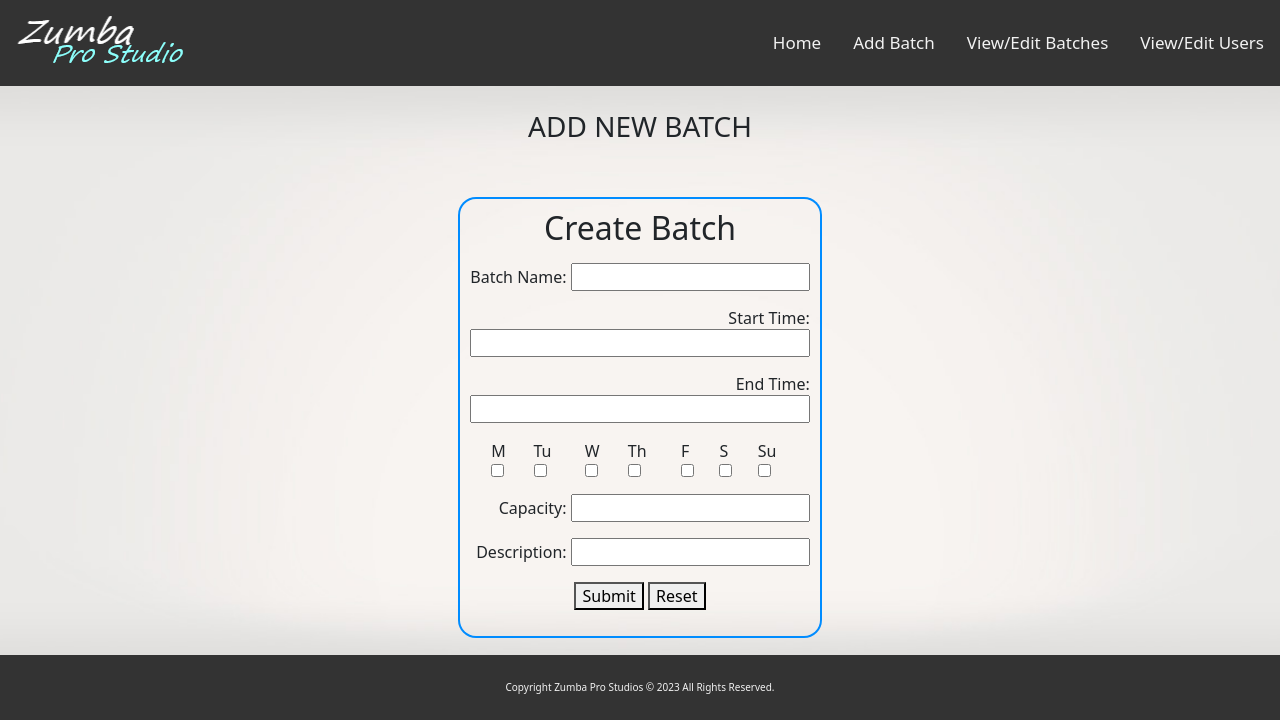
Repository: basemsamuel/Zumba
Page: http://localhost/ZumbaProStudio/addbatch.jsp
An editor plug-in stored every save of this project. The page is shown before and after the next save, followed by the edit.
The browser window is 1280 px wide. The pictures show the whole page.
The page is served by Tomcat 10. Other server files are loaded and not shown.

Above is the page before, as saved 2023-07-30 23:31:34.

### ZumbaProStudio/src/main/webapp/addbatch.jsp
<jsp:include page="adminheader.jsp"></jsp:include>
<div class="mycontainer">
	<div align="center">
	<br>
	<h3>ADD NEW BATCH</h3>
	<br>
	<br>

	<div>
		<table class="formtable">
			<tr>
				<td style="padding: 10px;">
					<div class='center'>
						<form style="width: 100%;" action="Admin" method = "POST">
						    <h2>Create Batch</h2>
						    <input type="hidden" name="htmlFormName" value="AddBatch" />
						    <div>
						        <p>
							        <div class='right'>
							            <label for="name">Batch Name:</label>
							            <input type="text" id="name" name="name">
							        </div>
						        </p>
						    </div>

						    <div>
						        <p>
							        <div class='right'>
							            <label for="stime">Start Time:</label>
							            <input class="input-group dat" id="stime" name="stime">
							        </div>
						        </p>
						    </div>


						    <div>
						        <p>
							        <div class='right'>
							            <label for="etime">End Time:</label>
							            <input class="input-group dat" id="etime" name="etime">
							        </div>
						        </p>
						    </div>

						    <div>
						        <p>
							        <div style="padding-left:20px;">
							        	<Table width="100%">
							        		<tr>
							        			<td>M</td>
							        			<td>Tu</td>
							        			<td>W</td>
							        			<td>Th</td>
							        			<td>F</td>
							        			<td>S</td>
							        			<td>Su</td>
							        		</tr>
							        		<tr>
							        			<td>
										            <input type="checkbox" id="M" name="M" value="M">
							        			</td>
							        			<td>
										            <input type="checkbox" id="Tu" name="Tt" value="Tu">
							        			</td>
							        			<td>
										            <input type="checkbox" id="W" name="W" value="W">
							        			</td>
							        			<td>
										            <input type="checkbox" id="Th" name="Th" value="Th">
							        			</td>
							        			<td>
										            <input type="checkbox" id="F" name="F" value="F">
							        			</td>
							        			<td>
										            <input type="checkbox" id="S" name="S" value="S">
							        			</td>
							        			<td>
										            <input type="checkbox" id="Su" name="Su" value="Su">
							        			</td>
							        		</tr>
							        	</Table>

							        </div>
						        </p>
						    </div>

						    <div>
						        <p>
							        <div class='right'>
							            <label for="capacity">Capacity:</label>
							            <input type="number" id="capacity" name="capacity">
							        </div>
						        </p>
						    </div>

						    <div>
						        <p>
							        <div class='right'>
							            <label for="description">Description:</label>
							            <input type="text" id="description" name="description">
							        </div>
						        </p>
						    </div>
						    <div>
 						        <p>
						            <button type="submit" value="Submit">Submit</button>
						            <button type="reset" value="Reset">Reset</button>
						        </p>
						    </div>
						</form>
					</div>
				</td>
			</tr>
		</table>
		<br>
		<div class="emsg">
			<p>
				${batcherrorMessage}
			</p>
		</div>
	</div>
</div>
<jsp:include page="footer.jsp"></jsp:include>

### ZumbaProStudio/src/main/webapp/adminheader.jsp
<html lang="en">

<head>
    <meta charset="UTF-8">
    <meta http-equiv="X-UA-Compatible" content="IE=edge">
    <meta name="viewport" content="width=device-width, initial-scale=1.0">
    <title>Document</title>
    <link href="https://cdn.jsdelivr.net/npm/bootstrap@5.1.3/dist/css/bootstrap.min.css" rel="stylesheet" integrity="sha384-1BmE4kWBq78iYhFldvKuhfTAU6auU8tT94WrHftjDbrCEXSU1oBoqyl2QvZ6jIW3" crossorigin="anonymous">
    <link rel="stylesheet" type="text/css" href="css/styles.css" />
</head>

<body>
	 <div class="topnav">
		<img src="images/logo.png" alt="Zumba Pro Studio">
		<!-- <a class="active" href="#home">Home</a> -->
		<a href="adminusers.jsp">View/Edit Users</a>
		<a href="admin.jsp">View/Edit Batches</a>
		<a href="addbatch.jsp">Add Batch</a>
		<a href="index.jsp">Home</a>
	</div>

### ZumbaProStudio/src/main/webapp/footer.jsp
<footer>
	Copyright Zumba Pro Studios © 2023 All Rights Reserved.
</footer>
</body>
</html>

### ZumbaProStudio/src/main/webapp/css/styles.css
		.topnav {
			 background-color: #333;
			 overflow: hidden;
				}

		/* Style the links inside the navigation bar */
		.topnav a {
			 float: right;
			 color: #f2f2f2;
			 text-align: center;
			 padding: 30px 16px;
			 text-decoration: none;
			 font-size: 17px;
		}

		.topnav img {
			 float: left;
			 color: #f2f2f2;
			 text-align: center;
			 padding: 14px 16px;
			 text-decoration: none;
			 font-size: 17px;
			 height: 80px;
		}

		/* Change the color of links on hover */
		.topnav a:hover {
			 background-color: #ddd;
			 color: black;
		}

		/* Add a color to the active/current link */
		.topnav a.active {
			 background-color: #04AA6D;
			 color: white;
		}

		footer {
		    background-color: #333;
		    color: #f2f2f2;
		    grid-area: footer;
		    width: 100%;
		    position: absolute;
  			bottom: 0;
  			padding: 25px;
  			text-align: center;
  			font-size: 10px;
		}

		.centerimage {
			height: 100%;
			width: auto;
			display: block;
			margin-left: auto;
			margin-right: auto;

		}

		.center {
			text-align: center;
		}
		.right {
			text-align: right;
		}

		.formtable {
			border-collapse: collapse;
			border-radius: 16px;
			box-shadow: 0 0 0 2px rgb(0, 140, 255);
		}

		.mycontainer {
			height: calc(100% - 150px);
			width: 100%;
			background-image: url('../images/bg.jpg');
			background-color: #333; /* Used if the image is unavailable */
			background-position: center; /* Center the image */
			background-repeat: no-repeat; /* Do not repeat the image */
			background-size: cover; /* Resize the background image to cover the entire container */
		}

		.emsg {
			font-size: 13px;
			color: #FF0000;
		}

After the next save:
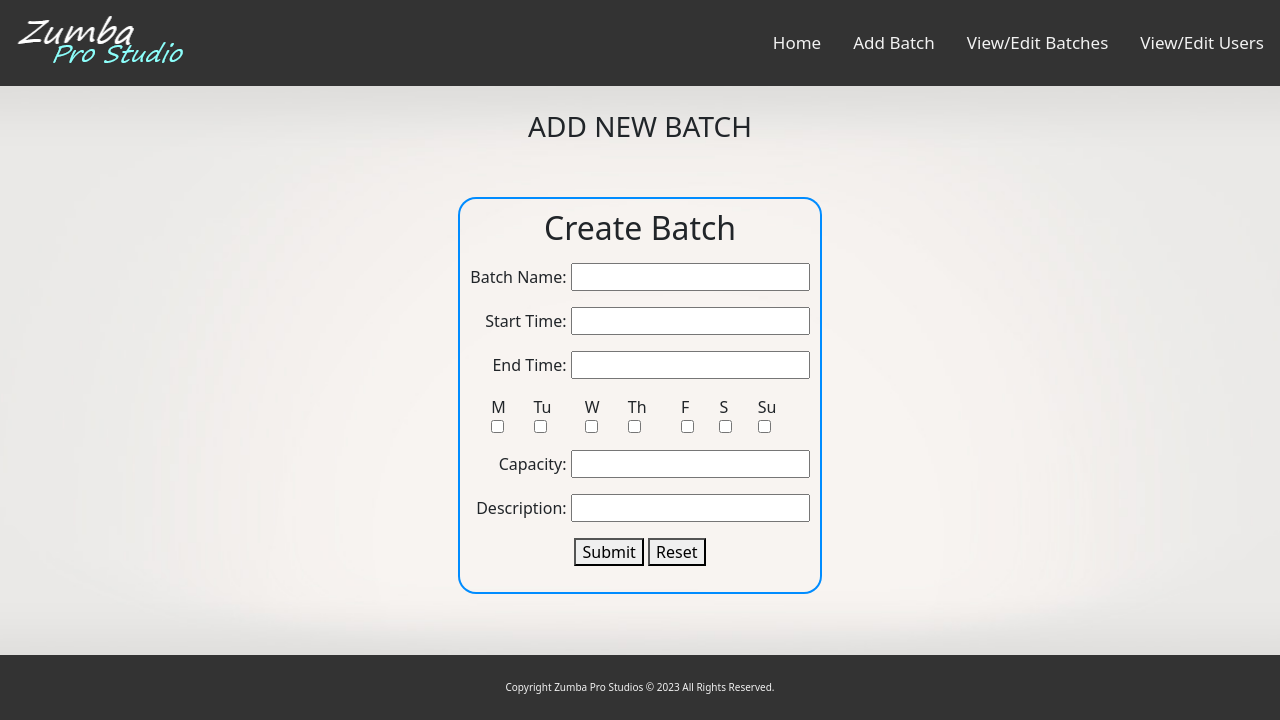
Saved 18 s later.
--- a/ZumbaProStudio/src/main/webapp/addbatch.jsp
+++ b/ZumbaProStudio/src/main/webapp/addbatch.jsp
@@ -27,7 +27,7 @@
 						        <p>
 							        <div class='right'>
 							            <label for="stime">Start Time:</label>
-							            <input class="input-group dat" id="stime" name="stime">
+							            <input class="datepicker" data-date-format="mm/dd/yyyy" id="stime" name="stime">
 							        </div>
 						        </p>
 						    </div>
@@ -37,7 +37,7 @@
 						        <p>
 							        <div class='right'>
 							            <label for="etime">End Time:</label>
-							            <input class="input-group dat" id="etime" name="etime">
+							            <input class="datepicker" data-date-format="mm/dd/yyyy" id="etime" name="etime">
 							        </div>
 						        </p>
 						    </div>
